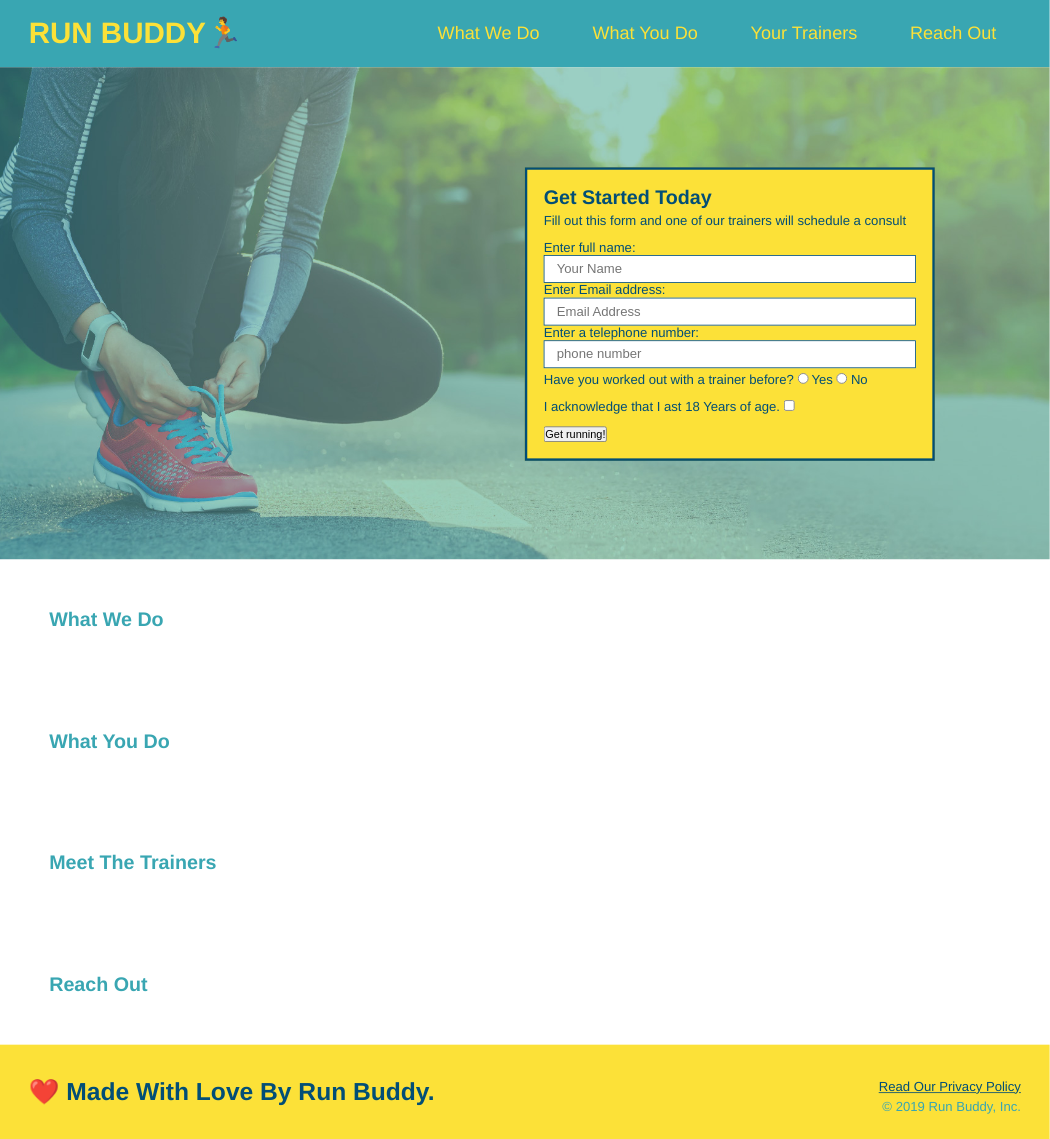
Repository: pilar122/run-buddy
Page: index.html
These files come from the project's save history. The page is drawn as it stood at one moment and after the next save; the edit follows.
The browser window is 1280 px wide. The pictures show the whole page, at 82% of full size.

Above is the page before, as saved 2023-01-21 15:01:31.

After the next save:
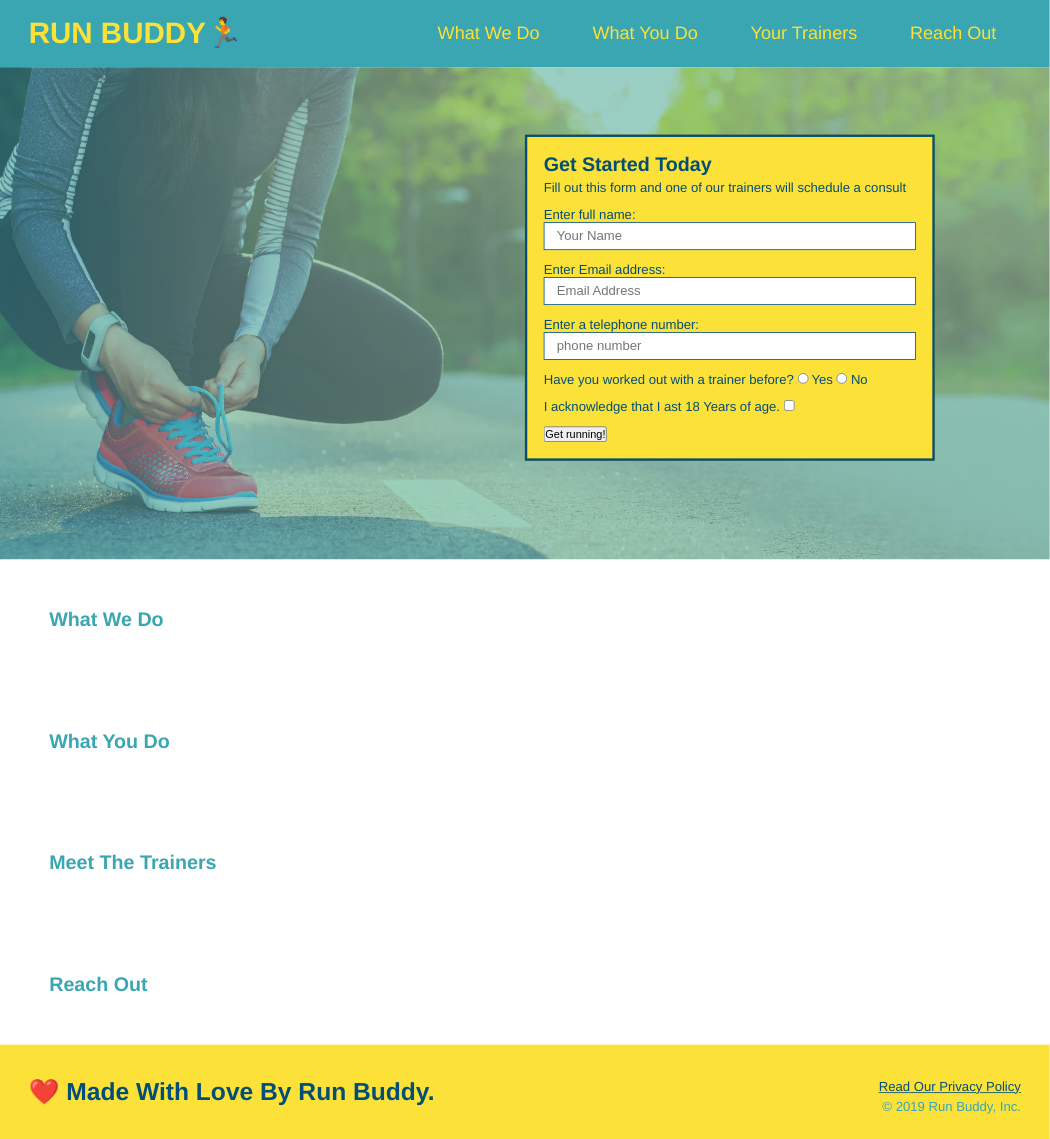
Saved 12 s later.
--- a/assets/css/style.css
+++ b/assets/css/style.css
@@ -108,5 +108,5 @@
     font-size: 16px;
     color: #024e76;
     width: 100%;
-    margin-bottom: ;
+    margin-bottom: 15px;
 }

After the save that followed:
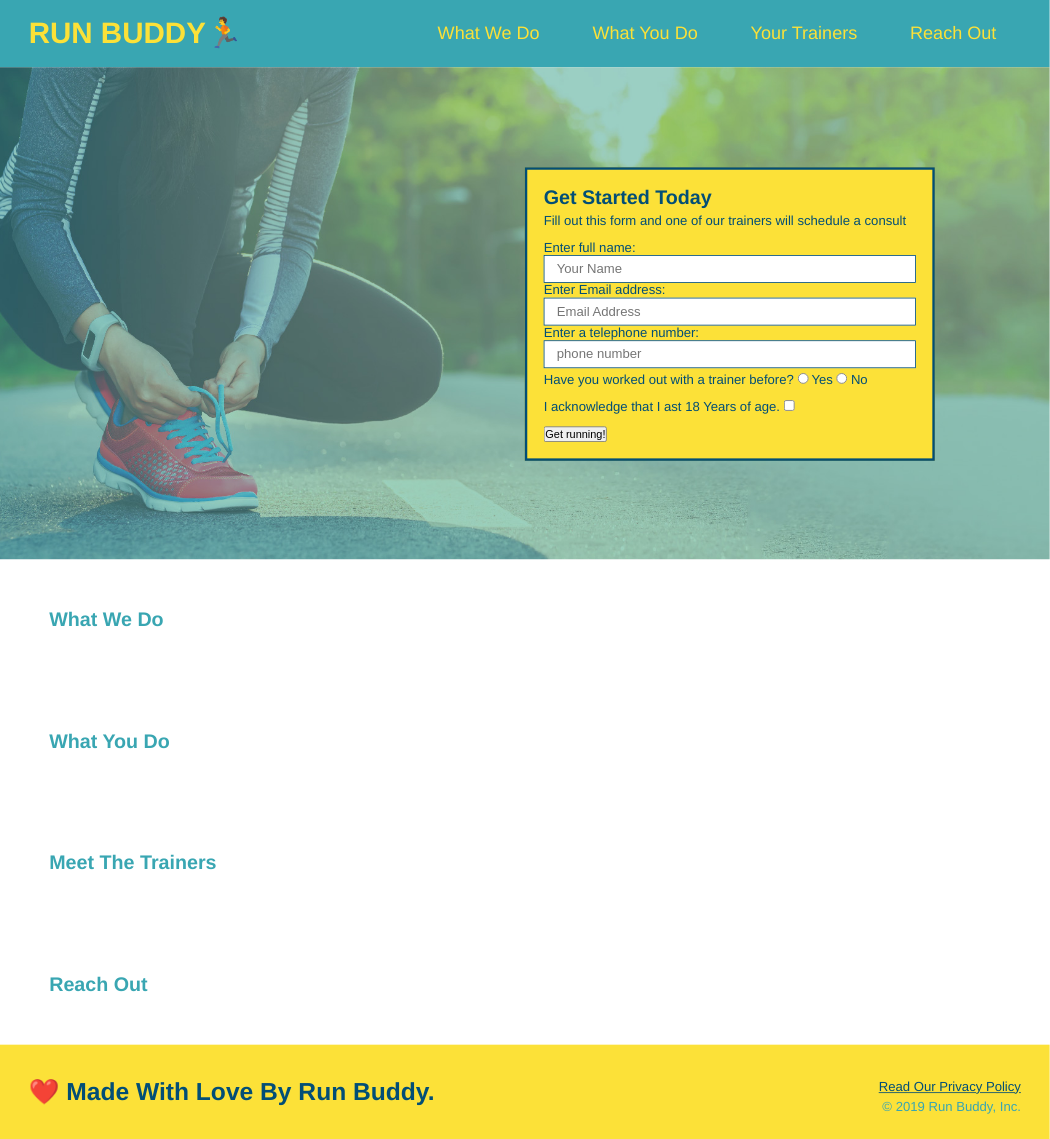
Saved 6 s later.
--- a/assets/css/style.css
+++ b/assets/css/style.css
@@ -108,5 +108,5 @@
     font-size: 16px;
     color: #024e76;
     width: 100%;
-    margin-bottom: 15px;
+    margin-bottom: ;
 }
